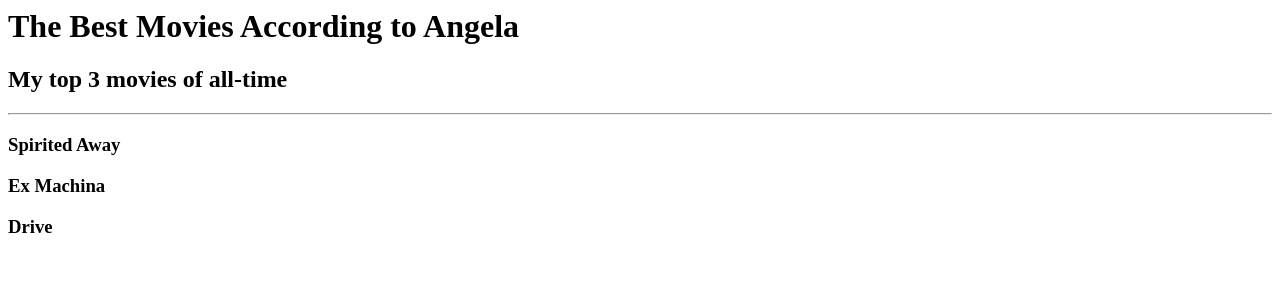
Repository: arzeee/Web_Course
Page: 2.4+Movie+Ranking+Project/2.4 Movie Ranking Project/index.html
An editor plug-in stored every save of this project. The page is shown before and after the next save, followed by the edit.
The browser window is 1280 px wide. The pictures show the whole page.

Above is the page before, as saved 2024-12-01 16:55:41.

After the next save:
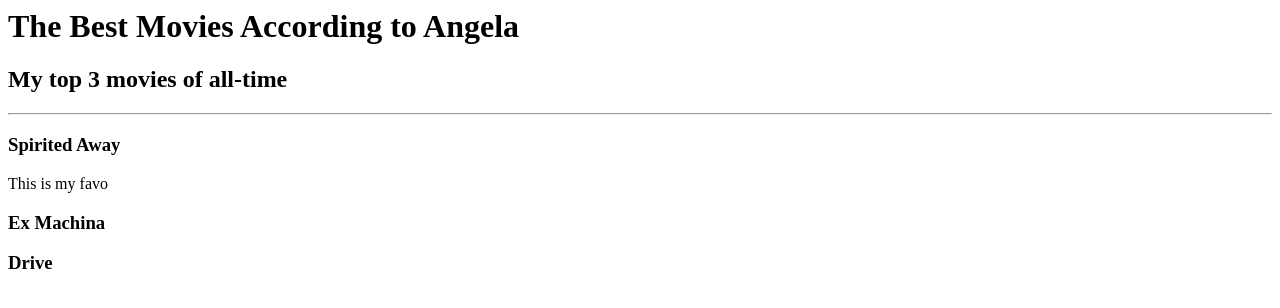
Saved 13 s later.
--- a/2.4+Movie+Ranking+Project/2.4 Movie Ranking Project/index.html
+++ b/2.4+Movie+Ranking+Project/2.4 Movie Ranking Project/index.html
@@ -3,5 +3,6 @@
 <h2>My top 3 movies of all-time</h2>
 <hr>
 <h3>Spirited Away</h3>
+<p>This is my favo</p>
 <h3>Ex Machina</h3>
 <h3>Drive</h3>
